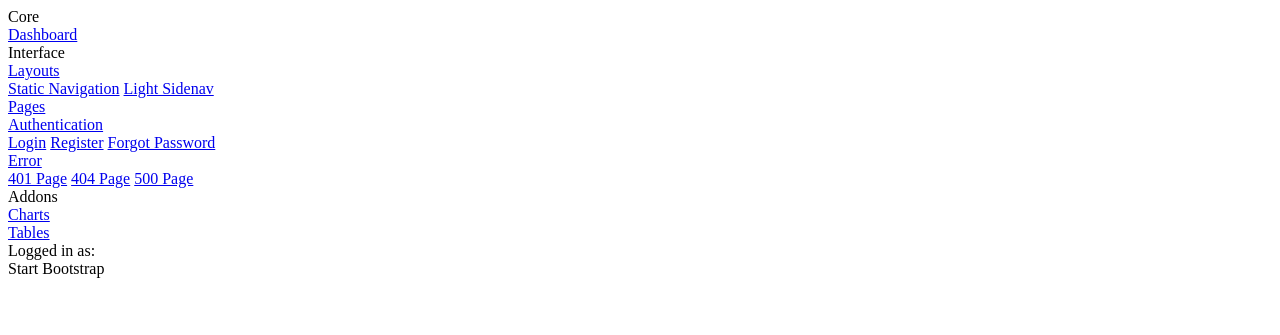
Repository: AHSANS354/MSIB5-Mini-Project
Page: http://localhost/admin/menu.php
These files come from the project's save history. The page is drawn as it stood at one moment and after the next save; the edit follows.
The browser window is 1280 px wide. The pictures show the whole page.
The page is run by PHP 8.4 with error messages shown; the project is at /var/www/html/.

Above is the page before, as saved 2023-10-04 23:11:18.

### admin/menu.php
<div id="layoutSidenav">
            <div id="layoutSidenav_nav">
                <nav class="sb-sidenav accordion sb-sidenav-dark" id="sidenavAccordion">
                    <div class="sb-sidenav-menu">
                        <div class="nav">
                            <div class="sb-sidenav-menu-heading">Core</div>
                            <a class="nav-link" href="index.php?url=dashboard">
                                <div class="sb-nav-link-icon"><i class="fas fa-tachometer-alt"></i></div>
                                Dashboard
                            </a>
                            <div class="sb-sidenav-menu-heading">Interface</div>
                            <a class="nav-link collapsed" href="#" data-bs-toggle="collapse" data-bs-target="#collapseLayouts" aria-expanded="false" aria-controls="collapseLayouts">
                                <div class="sb-nav-link-icon"><i class="fas fa-columns"></i></div>
                                Layouts
                                <div class="sb-sidenav-collapse-arrow"><i class="fas fa-angle-down"></i></div>
                            </a>
                            <div class="collapse" id="collapseLayouts" aria-labelledby="headingOne" data-bs-parent="#sidenavAccordion">
                                <nav class="sb-sidenav-menu-nested nav">
                                    <a class="nav-link" href="layout-static.html">Static Navigation</a>
                                    <a class="nav-link" href="layout-sidenav-light.html">Light Sidenav</a>
                                </nav>
                            </div>
                            <a class="nav-link collapsed" href="#" data-bs-toggle="collapse" data-bs-target="#collapsePages" aria-expanded="false" aria-controls="collapsePages">
                                <div class="sb-nav-link-icon"><i class="fas fa-book-open"></i></div>
                                Pages
                                <div class="sb-sidenav-collapse-arrow"><i class="fas fa-angle-down"></i></div>
                            </a>
                            <div class="collapse" id="collapsePages" aria-labelledby="headingTwo" data-bs-parent="#sidenavAccordion">
                                <nav class="sb-sidenav-menu-nested nav accordion" id="sidenavAccordionPages">
                                    <a class="nav-link collapsed" href="#" data-bs-toggle="collapse" data-bs-target="#pagesCollapseAuth" aria-expanded="false" aria-controls="pagesCollapseAuth">
                                        Authentication
                                        <div class="sb-sidenav-collapse-arrow"><i class="fas fa-angle-down"></i></div>
                                    </a>
                                    <div class="collapse" id="pagesCollapseAuth" aria-labelledby="headingOne" data-bs-parent="#sidenavAccordionPages">
                                        <nav class="sb-sidenav-menu-nested nav">
                                            <a class="nav-link" href="login.html">Login</a>
                                            <a class="nav-link" href="register.html">Register</a>
                                            <a class="nav-link" href="password.html">Forgot Password</a>
                                        </nav>
                                    </div>
                                    <a class="nav-link collapsed" href="#" data-bs-toggle="collapse" data-bs-target="#pagesCollapseError" aria-expanded="false" aria-controls="pagesCollapseError">
                                        Error
                                        <div class="sb-sidenav-collapse-arrow"><i class="fas fa-angle-down"></i></div>
                                    </a>
                                    <div class="collapse" id="pagesCollapseError" aria-labelledby="headingOne" data-bs-parent="#sidenavAccordionPages">
                                        <nav class="sb-sidenav-menu-nested nav">
                                            <a class="nav-link" href="401.html">401 Page</a>
                                            <a class="nav-link" href="404.html">404 Page</a>
                                            <a class="nav-link" href="500.html">500 Page</a>
                                        </nav>
                                    </div>
                                </nav>
                            </div>
                            <div class="sb-sidenav-menu-heading">Addons</div>
                            <a class="nav-link" href="charts.html">
                                <div class="sb-nav-link-icon"><i class="fas fa-chart-area"></i></div>
                                Charts
                            </a>
                            <a class="nav-link" href="tables.html">
                                <div class="sb-nav-link-icon"><i class="fas fa-table"></i></div>
                                Tables
                            </a>
                        </div>
                    </div>
                    <div class="sb-sidenav-footer">
                        <div class="small">Logged in as:</div>
                        Start Bootstrap
                    </div>
                </nav>
            </div>
            <div id="layoutSidenav_content">
                <main>

After the next save:
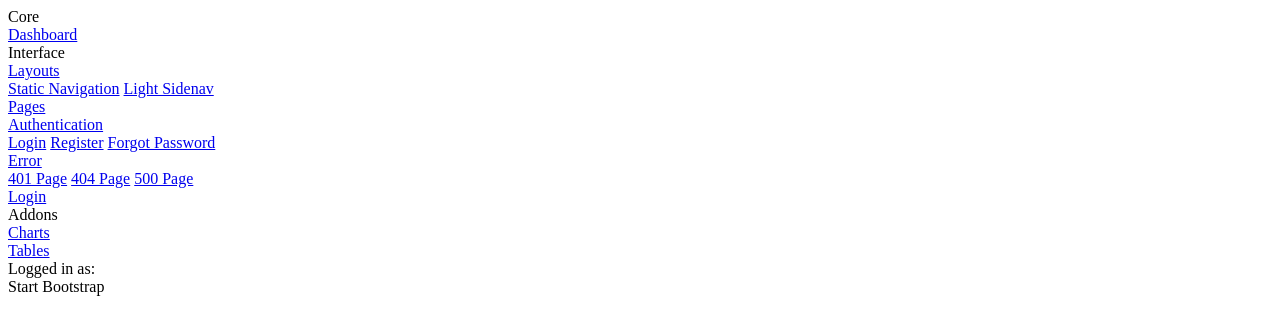
Saved 48 s later.
--- a/admin/menu.php
+++ b/admin/menu.php
@@ -49,6 +49,10 @@
                                             <a class="nav-link" href="500.html">500 Page</a>
                                         </nav>
                                     </div>
+                                    <a class="nav-link collapsed" href="#" data-bs-toggle="collapse" data-bs-target="#pagesCollapseError" aria-expanded="false" aria-controls="pagesCollapseError">
+                                        Login
+                                        <div class="sb-sidenav-collapse-arrow"><i class="fas fa-angle-down"></i></div>
+                                    </a>
                                 </nav>
                             </div>
                             <div class="sb-sidenav-menu-heading">Addons</div>
